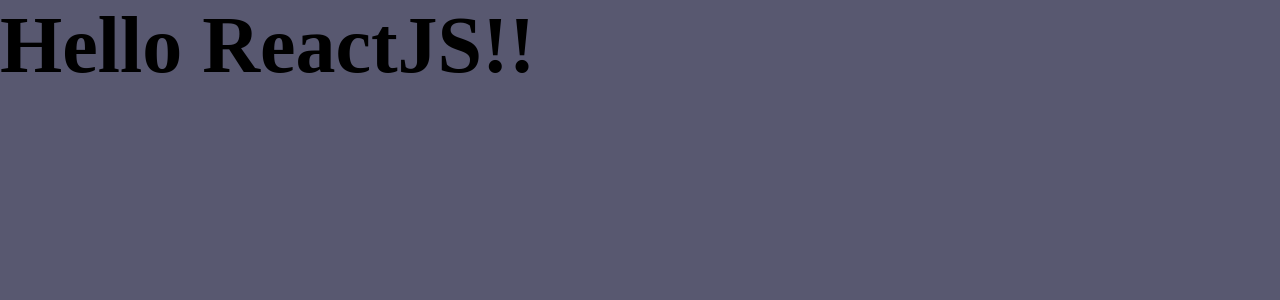
Repository: niltonmalves/01-githug-explorer
Page: /
An editor plug-in stored every save of this project. The page is shown before and after the next save, followed by the edit.
The browser window is 1280 px wide. The pictures show the whole page.
The project was rebuilt for these pictures with package versions that can differ from the ones it lists, and the page was loaded fresh each time. Also part of the build but not shown: webpack.config.js.

Above is the page before, as saved 2022-01-06 14:29:00.

### public/index.html
<!DOCTYPE html>
<html lang="en">
<head>
    <meta charset="UTF-8">
    <meta http-equiv="X-UA-Compatible" content="IE=edge">
    <meta name="viewport" content="width=device-width, initial-scale=1.0">
    <title>Github Explore</title>
</head>
<body>
    <div id="root"></div>

</body>
</html>

### src/index.jsx
import {render} from 'react-dom';
import { App } from './App';

render(<App/>, document.getElementById('root'))

### src/App.jsx
import './styles/global.scss';

export function App(){
    return <h1>Hello ReactJS!!</h1>
}

### src/styles/global.scss
* {
    margin: 0;
    padding: 0;
    box-sizing: border-box;
}

body {
    font: Arial, Helvetica, sans-serif;
    background-color: rgb(88, 88, 112);
    h1 {
        font-size: 80px;
    }
}

After the next save:
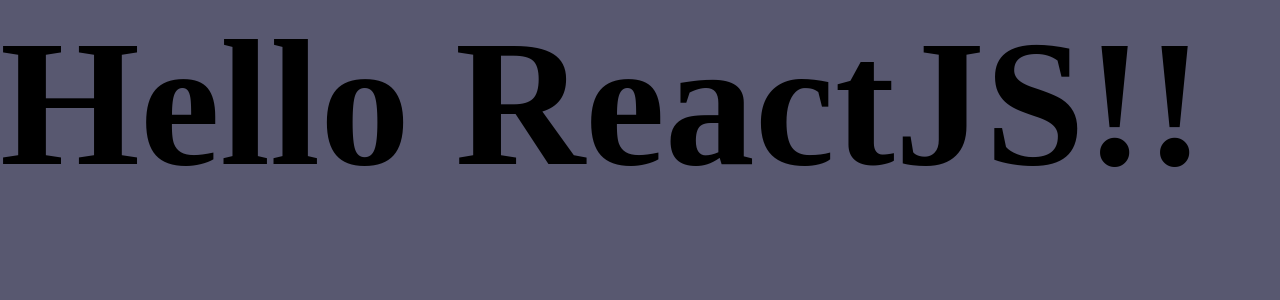
Saved 11 s later.
--- a/src/styles/global.scss
+++ b/src/styles/global.scss
@@ -8,6 +8,6 @@
     font: Arial, Helvetica, sans-serif;
     background-color: rgb(88, 88, 112);
     h1 {
-        font-size: 80px;
+        font-size: 180px;
     }
 }

After the save that followed:
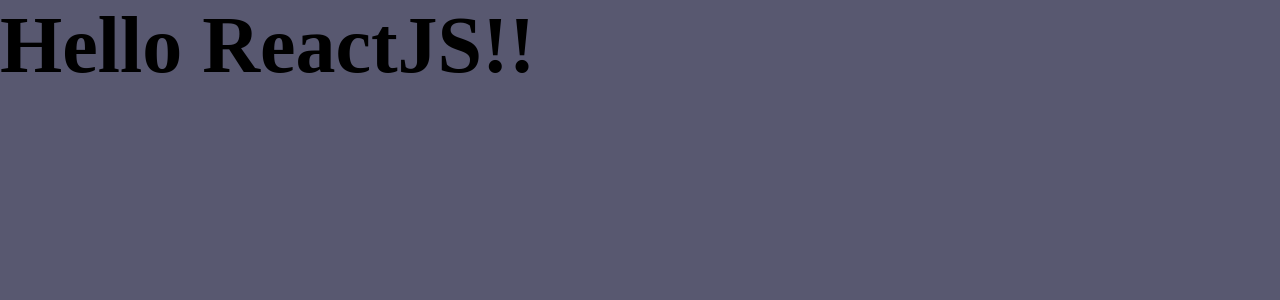
Saved 12 s later.
--- a/src/styles/global.scss
+++ b/src/styles/global.scss
@@ -8,6 +8,6 @@
     font: Arial, Helvetica, sans-serif;
     background-color: rgb(88, 88, 112);
     h1 {
-        font-size: 180px;
+        font-size: 80px;
     }
 }
